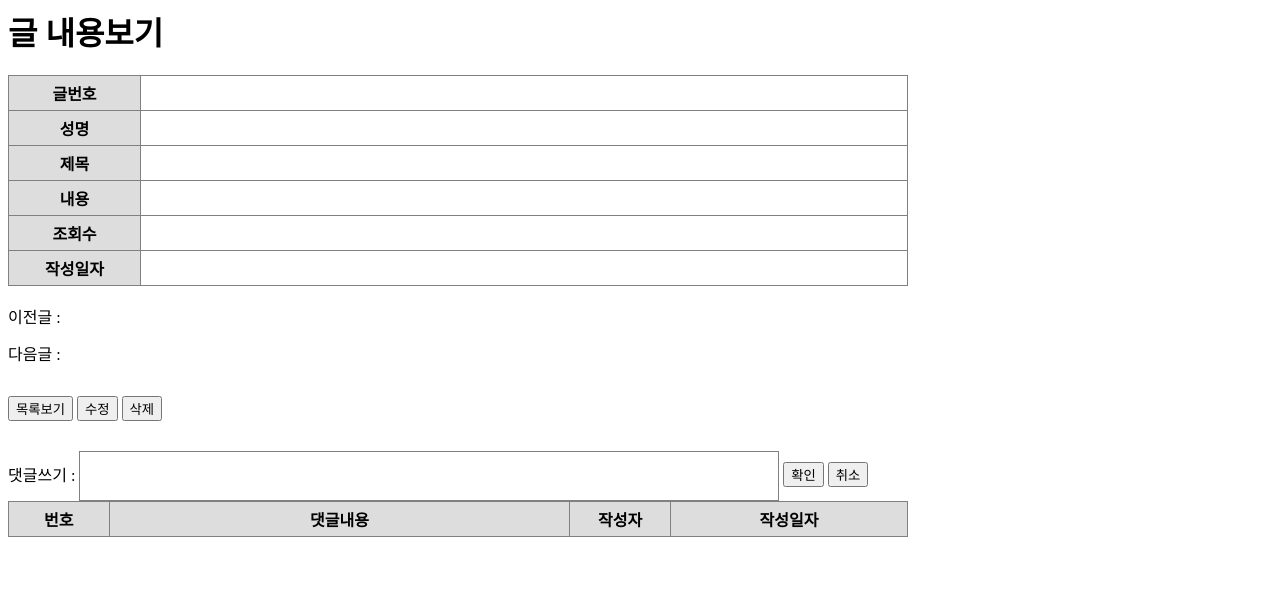
Repository: gold37/Spring
Page: http://localhost/Board/WEB-INF/views/tiles1/board/view.jsp
The author's editor kept a copy of each file at every save. The page is drawn from the files as they stood at one save, then again after the next save.
The browser window is 1280 px wide. The pictures show the whole page.
The page is served by Tomcat 9. Nobody is signed in. The template is opened directly, without the code that normally fills it, so the values that code supplies are empty.

Above is the page before, as saved 2020-07-17 06:23:29.
Console error: ReferenceError: $ is not defined

After the next save:
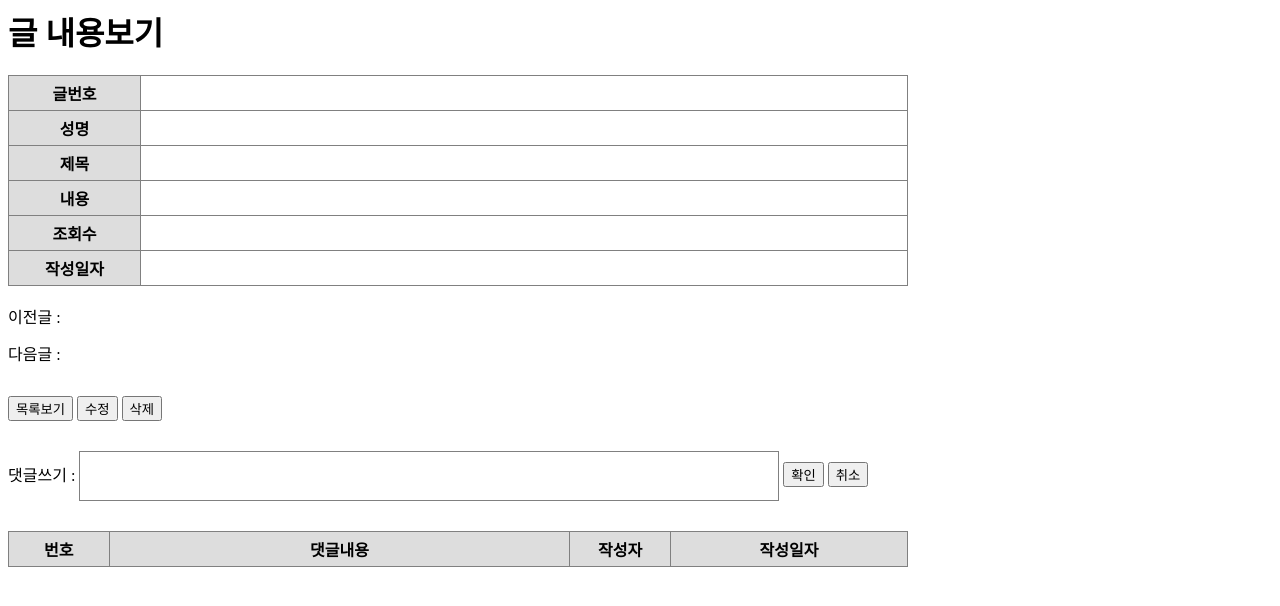
Saved 14 s later.
--- a/springworkspace/Board/src/main/webapp/WEB-INF/views/tiles1/board/view.jsp
+++ b/springworkspace/Board/src/main/webapp/WEB-INF/views/tiles1/board/view.jsp
@@ -101,7 +101,7 @@ a {text-decoration: none !important;}
 		<button>취소</button>
 	</div>
 
-	<table id="table">
+	<table id="table" style="margin-top: 30px;">
 		<tr>
 			<th style="width: 70px;  text-align: center;">번호</th>
 			<th style="width: 360px; text-align: center;">댓글내용</th>
